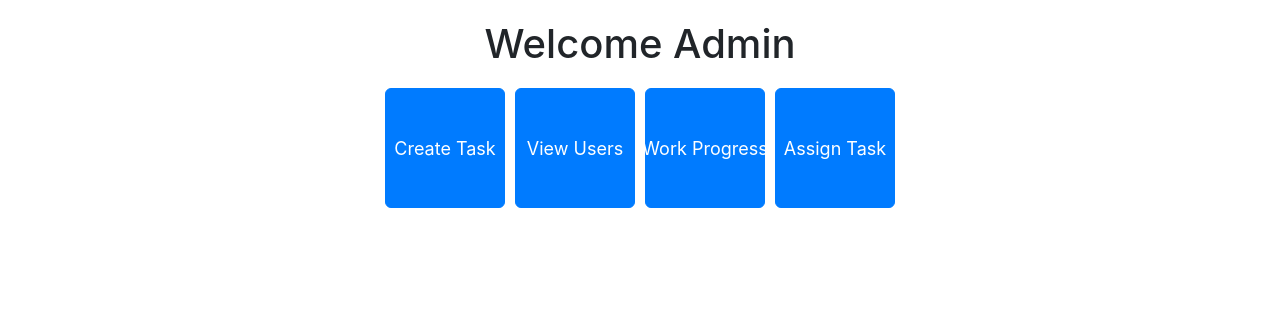
Repository: neha-rouniyar/taskmgmt
Page: http://localhost/admin-dashboard
The author's editor kept a copy of each file at every save. The page is drawn from the files as they stood at one save, then again after the next save.
The browser window is 1280 px wide. The pictures show the whole page.
Some web libraries are served in a nearby version. The page is served by the project's Laravel application, run on PHP 8.4 with Laravel 10.

Above is the page before, as saved 2023-12-15 23:57:21.

After the next save:
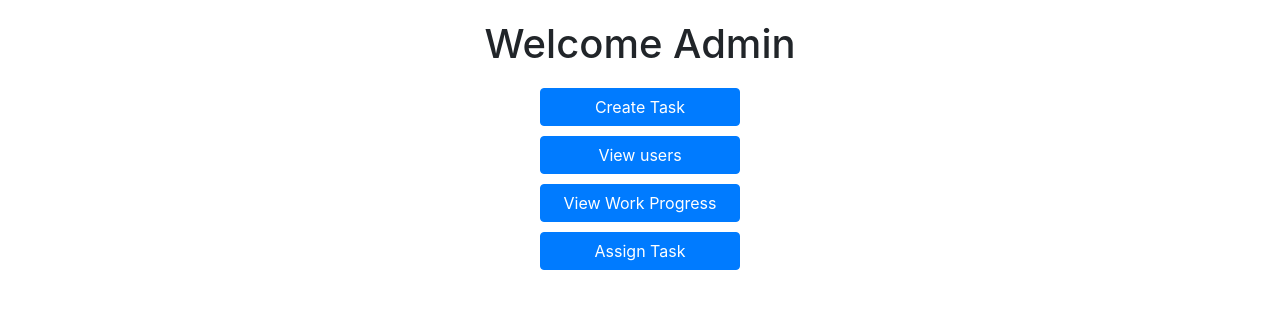
Saved 20 s later.
--- a/resources/views/admin/dashboard.blade.php
+++ b/resources/views/admin/dashboard.blade.php
@@ -1,6 +1,6 @@
-<!DOCTYPE html>
+<!doctype html>
 <html lang="en">
-<head>
+  <head>
     <!-- Required meta tags -->
     <meta charset="utf-8">
     <meta name="viewport" content="width=device-width, initial-scale=1, shrink-to-fit=no">
@@ -8,46 +8,31 @@
     <!-- Bootstrap CSS -->
     <link rel="stylesheet" href="https://cdn.jsdelivr.net/npm/bootstrap@4.0.0/dist/css/bootstrap.min.css" integrity="sha384-Gn5384xqQ1aoWXA+058RXPxPg6fy4IWvTNh0E263XmFcJlSAwiGgFAW/dAiS6JXm" crossorigin="anonymous">
     <style>
-        body {
-            padding: 20px;
-        }
+      body {
+          padding: 20px;
+      }
 
-        h1 {
-            margin-bottom: 20px;
-        }
+      h1 {
+          margin-bottom: 20px;
+      }
 
-        .btn-container {
-            display: flex;
-            flex-direction: row;
-            gap: 10px;
-            justify-content: center;
-        }
+      .btn-container {
+          display: flex;
+          flex-direction: column;
+          gap: 10px;
+      }
 
-        .btn-container a {
-            text-decoration: none;
-        }
+      .btn-container a {
+          text-decoration: none;
+      }
 
-        .btn {
-            width: 120px;
-            height: 120px;
-            border: 1px solid #007bff;
-            background-color: #007bff;
-            color: #fff;
-            border-radius: 5%;
-            transition: background-color 0.3s, color 0.3s;
-            display: flex;
-            align-items: center;
-            justify-content: center;
-            font-size: 18px;
-        }
-
-        .btn:hover {
-            background-color: #0056b3;
-        }
-    </style>
+      .btn {
+          width: 200px;
+      }
+  </style>
     <title>Hello, world!</title>
-</head>
-<body>
+  </head>
+  <body>
     <div class="container text-center">
         <h1>Welcome Admin</h1>
         <div class="btn-container">
@@ -55,10 +40,10 @@
                 <button type="button" class="btn btn-primary">Create Task</button>
             </a>
             <a href="{{route('admin.view.users')}}">
-                <button type="button" class="btn btn-primary">View Users</button>
+                <button type="button" class="btn btn-primary">View users</button>
             </a>
             <a href="{{route('admin.view.workprogress')}}">
-                <button type="button" class="btn btn-primary">Work Progress</button>
+                <button type="button" class="btn btn-primary">View Work Progress</button>
             </a>
             <a href="{{route('admin.task.assign')}}">
                 <button type="button" class="btn btn-primary">Assign Task</button>
